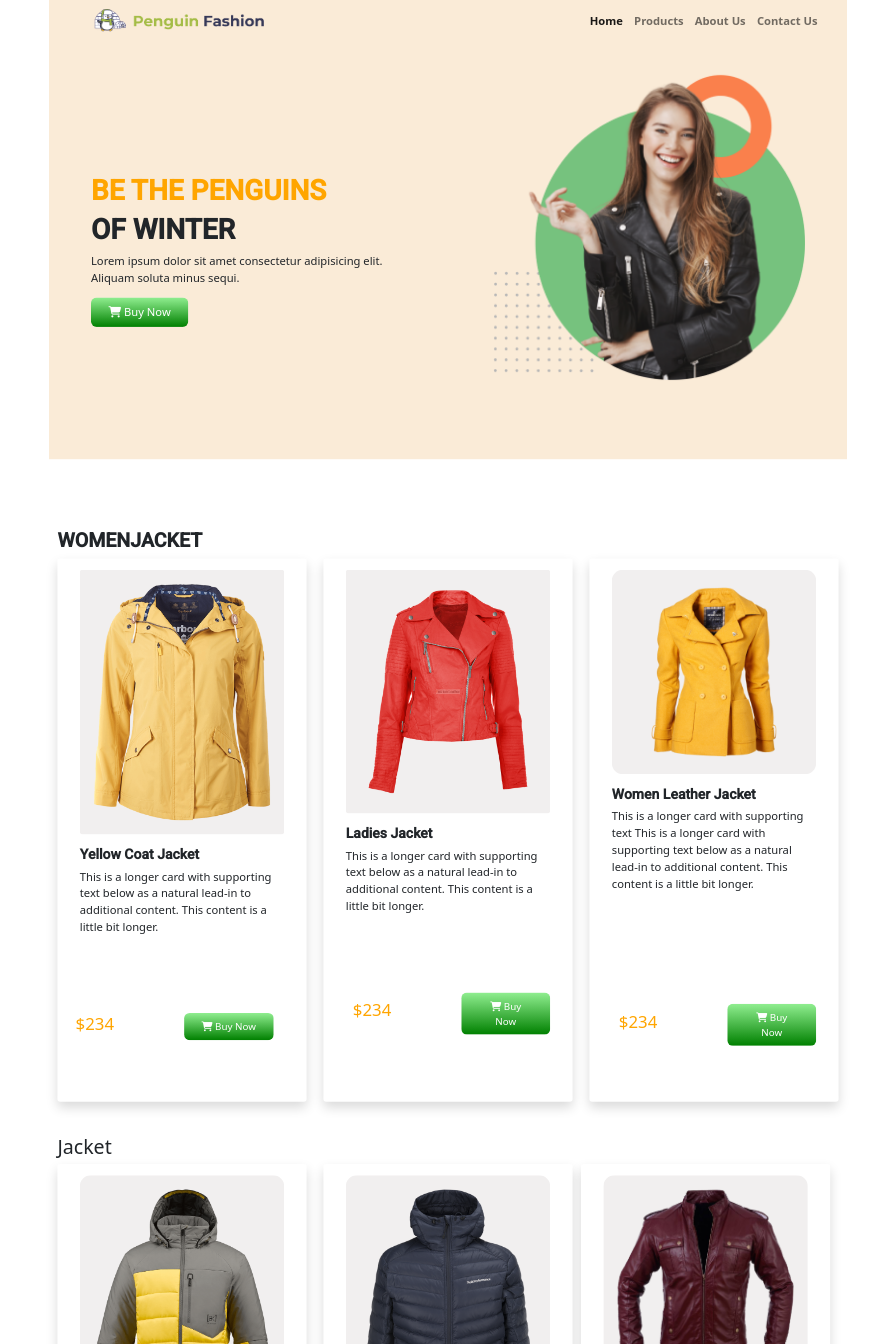
Repository: omarhasnain/assignment-two
Page: index.html
The author's editor kept a copy of each file at every save. The page is drawn from the files as they stood at one save, then again after the next save.
The browser window is 1280 px wide. The pictures show the part of the page from y = 0 to 1920 px (the page is 3517 px tall), at 70% of full size.
Some web libraries are served in a nearby version.

Above is the page before, as saved 2021-01-15 18:48:04.

After the next save:
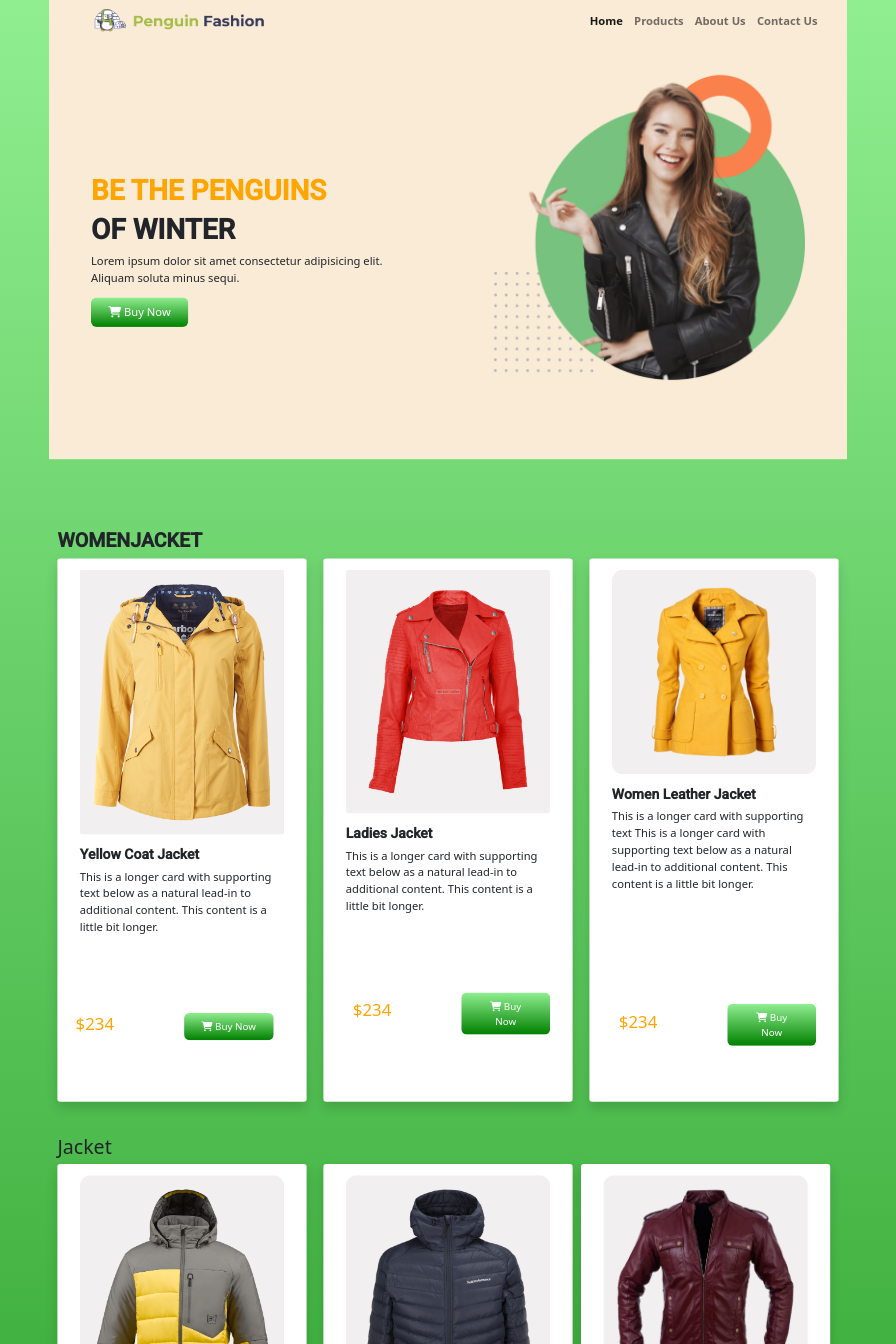
Saved 47 s later.
--- a/style.css
+++ b/style.css
@@ -1,5 +1,5 @@
 body{
-    background-color: linear-gradient(to bottom, rgb(242, 241, 245) 0%, rgb(149, 29, 204) 100%);
+    background-image: linear-gradient(to bottom, lightgreen 0%, green 100%);
 }
 header{
     background-color: antiquewhite;
